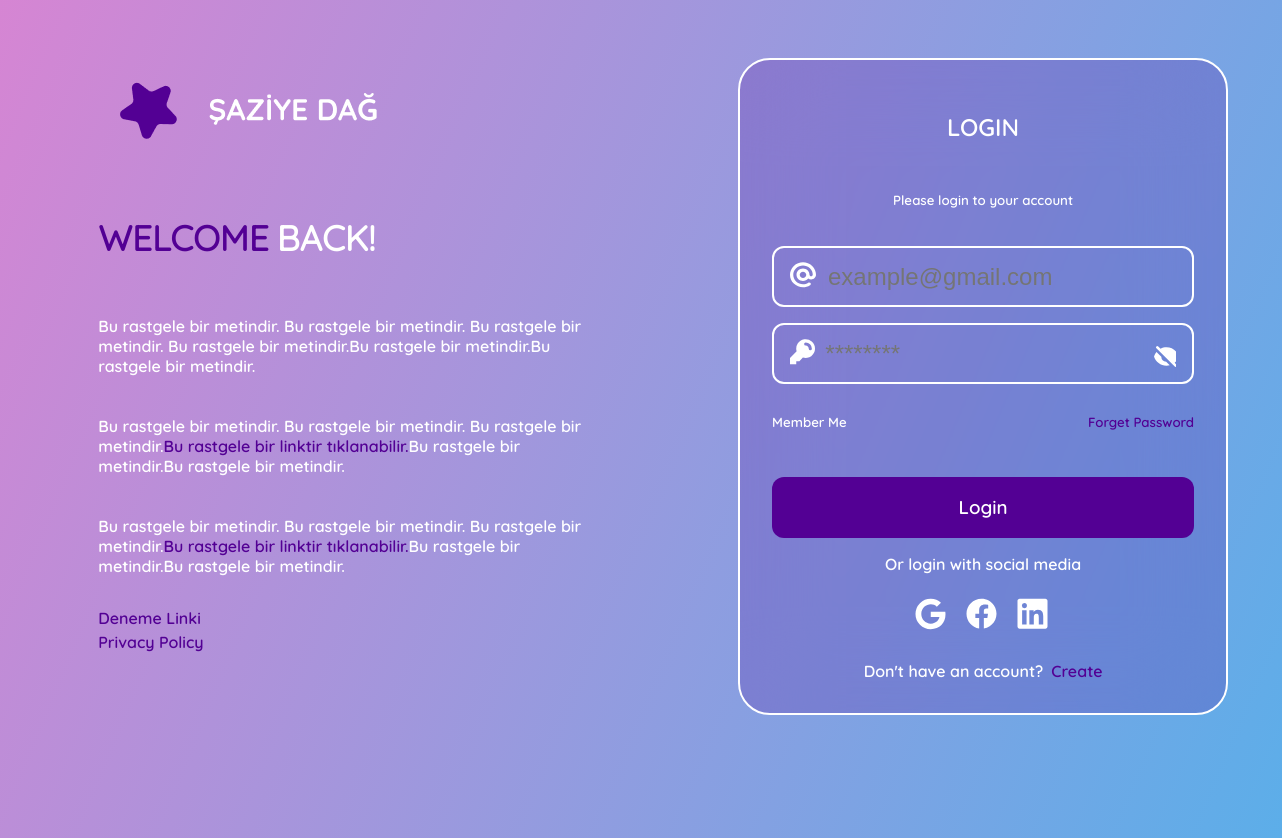
Repository: szydag/login
Page: /
The author's editor kept a copy of each file at every save. The page is drawn from the files as they stood at one save, then again after the next save.
The browser window is 1280 px wide. The page is 1282 px wide, so the pictures cover 1282 px, including what lies to the right of the window. The pictures show the whole page.
The project was rebuilt for these pictures with package versions that can differ from the ones it lists, and the page was loaded fresh each time. Also part of the build but not shown: src/assets/svgr/unhiddenIcon/index.js.

Above is the page before, as saved 2023-11-02 14:32:11.

After the next save:
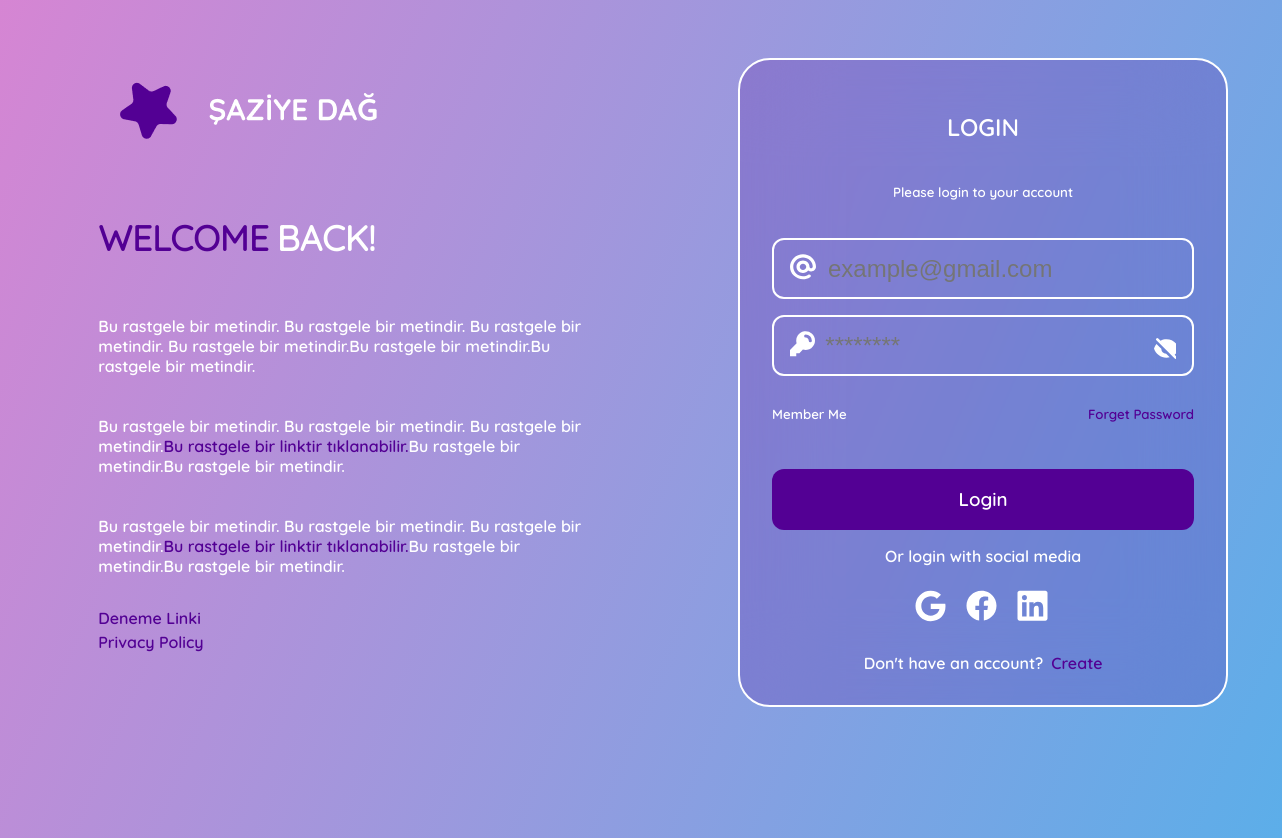
Saved 51 s later.
--- a/src/app/pages/login/style.js
+++ b/src/app/pages/login/style.js
@@ -120,7 +120,6 @@ const useStyles = createUseStyles({
         display: 'flex',
         flexDirection: 'column',
         alignItems: 'center',
-        gap: '8px',
     },
     container: {
         display: 'flex',
